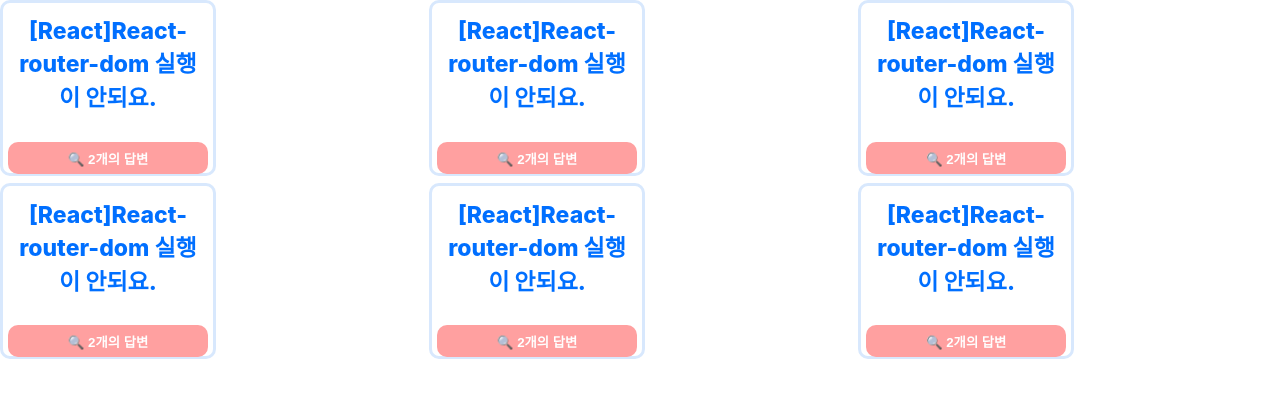
Repository: TeamCosine/Front
Page: /Qna
An editor plug-in stored every save of this project. The page is shown before and after the next save, followed by the edit.
The browser window is 1280 px wide. The pictures show the whole page.
The project was rebuilt for these pictures with package versions that can differ from the ones it lists, and the page was loaded fresh each time. Also part of the build but not shown: src/components/home/Card.js, src/pages/Home.js, src/pages/Profile.js, src/pages/Login.js, src/components/MyInfo/Card.js, src/pages/MyInfo.js, src/pages/Write.js, src/pages/Invite.js.

Above is the page before, as saved 2023-07-22 23:02:32.

After the next save:
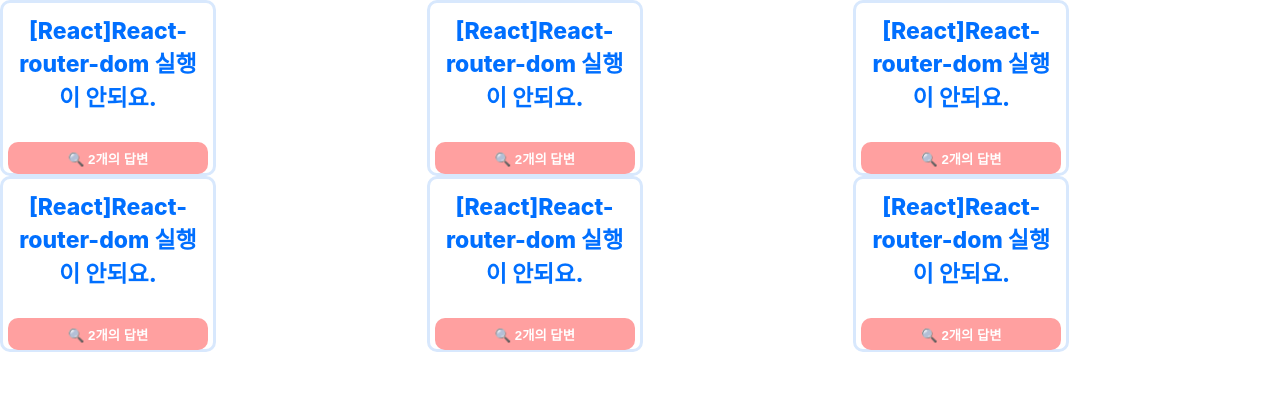
Saved 15 s later.
--- a/src/pages/Qna.js
+++ b/src/pages/Qna.js
@@ -9,7 +9,7 @@
 const GridContainer = styled.div`
    display: grid;
    grid-template-columns: repeat(3, 1fr);
-   grid-gap:1vh;
+
 
 `;
 

After the 3 saves that followed:
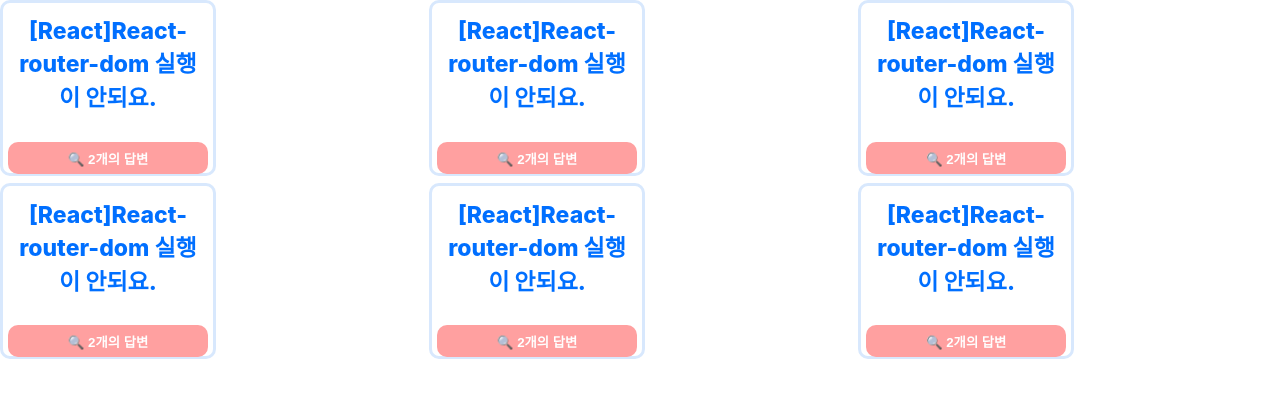
The 3 saves are shown as one change because 1 left the picture as it was and some came seconds apart.
The last was saved 18 s later.
--- a/src/pages/Qna.js
+++ b/src/pages/Qna.js
@@ -9,7 +9,8 @@
 const GridContainer = styled.div`
    display: grid;
    grid-template-columns: repeat(3, 1fr);
-
+   grid-gap: 1vh;
+   g
 
 `;
 
